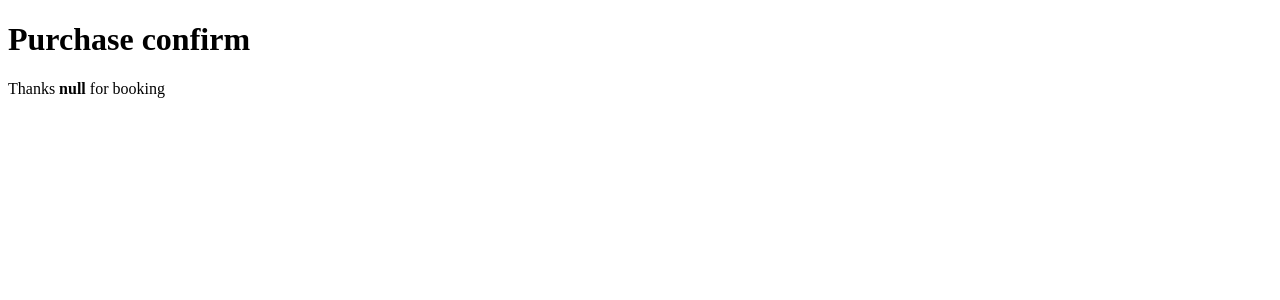
Repository: FatCat0712/JSP
Page: http://localhost/bai_20/trangDatHang.jsp
These files come from the project's save history. The page is drawn as it stood at one moment and after the next save; the edit follows.
The browser window is 1280 px wide. The pictures show the whole page.
The page is served by Tomcat 9.

Above is the page before, as saved 2024-04-22 01:53:37.

After the next save:
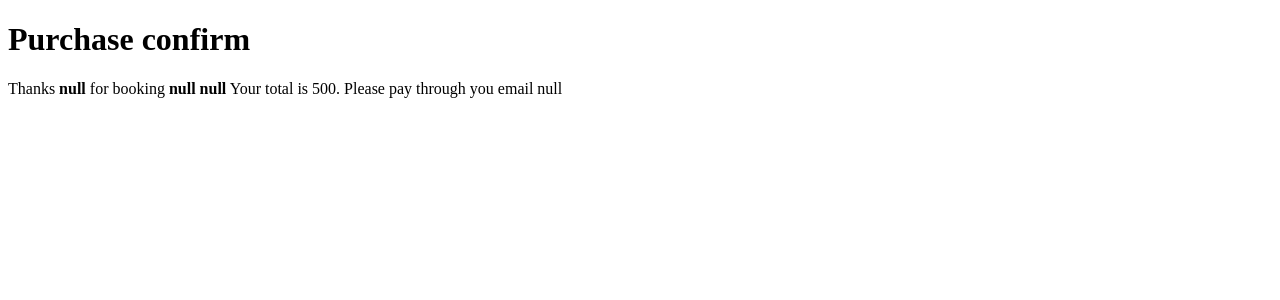
Saved 24 s later.
--- a/bai_20/src/main/webapp/trangDatHang.jsp
+++ b/bai_20/src/main/webapp/trangDatHang.jsp
@@ -20,7 +20,7 @@
 
 	%>
 	<p>
-	 	Thanks <b><%= customerName %></b> for booking <b<%= quantity %> <%= productName %>
+	 	Thanks <b><%= customerName %></b> for booking <b><%= quantity %></b> <b><%= productName %></b>
 	 	Your total is <%= 100 * 5 %>. Please pay through you email <%=email %>
 	</pre>
 </body>
